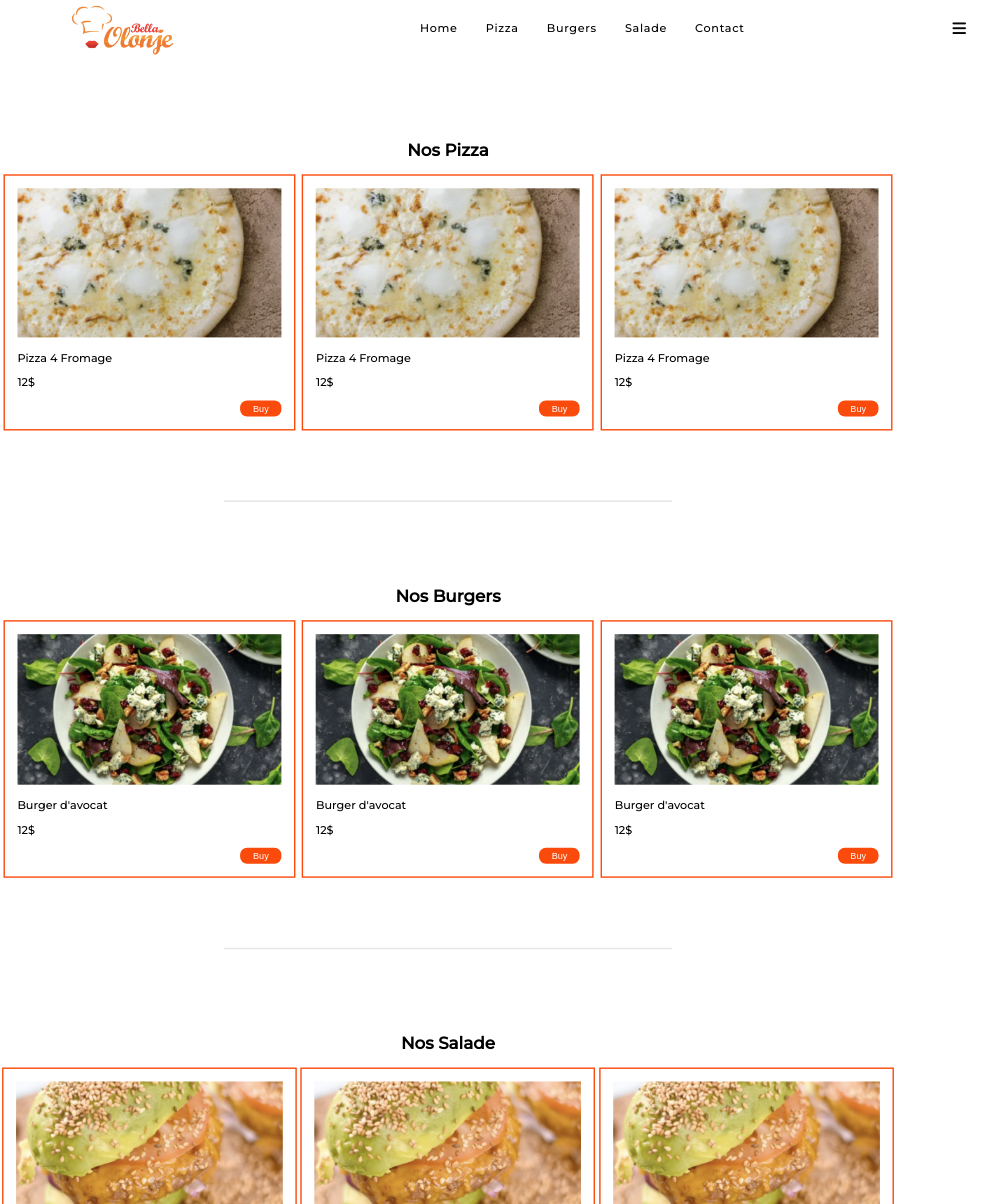
Repository: Ahlam-belhadj/bella-olange
Page: index.html
The author's editor kept a copy of each file at every save. The page is drawn from the files as they stood at one save, then again after the next save.
The browser window is 1280 px wide. The page is 1430 px wide, so the pictures cover 1430 px, including what lies to the right of the window. The pictures show the part of the page from y = 0 to 1720 px (the page is 2870 px tall), at 70% of full size.

Above is the page before, as saved 2023-02-12 00:26:05.

After the next save:
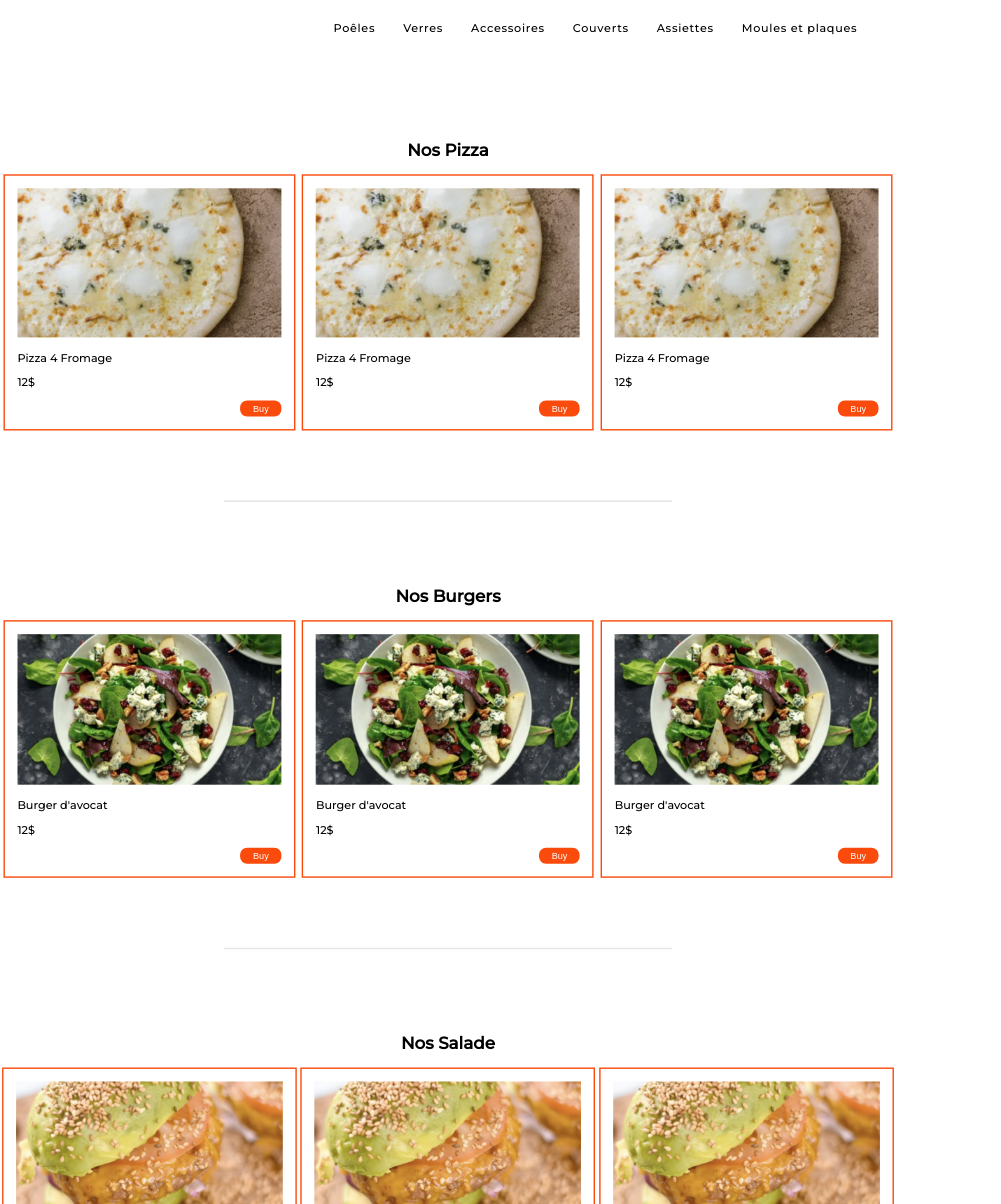
Saved 38 s later.
--- a/index.html
+++ b/index.html
@@ -5,29 +5,38 @@
     <meta charset="UTF-8">
     <meta http-equiv="X-UA-Compatible" content="IE=edge">
     <meta name="viewport" content="width=device-width, initial-scale=1.0">
-    <script src="https://code.iconify.design/iconify-icon/1.0.3/iconify-icon.min.js"></script>
-    <link rel="stylesheet" href="https://cdnjs.cloudflare.com/ajax/libs/font-awesome/6.2.1/css/all.min.css" />
     <link rel="stylesheet" href="style.css">
     <title>Bella olanje</title>
 </head>
 
 <body>
+    <header>
         <nav>
-            <div class="logo"><img  class="logo" src="image/logo_bella_olonje.png" alt="logo"></div>
+            <div class="logo"><a href="#">Luxury kitchen</a></div>
+
             <ul>
-                <li><a href="#" class="nav-link">Home</a></li>
-                <li><a href="#" class="nav-link">Pizza</a></li>
-                <li><a href="#" class="nav-link">Burgers</a></li>
-                <li><a href="#" class="nav-link">Salade</a></li>
-                <li><a href="#" class="nav-link">Contact</a></li>
-
+                <li><a href="#" class="nav-link">Poêles</a></li>
+                <li><a href="#" class="nav-link">Verres</a></li>
+                <li><a href="#" class="nav-link">Accessoires</a></li>
+                <li><a href="#" class="nav-link">Couverts</a></li>
+                <li><a href="#" class="nav-link">Assiettes</a></li>
+                <li><a href="#" class="nav-link">Moules et plaques</a></li>
             </ul>
             <div class="icon_navbar">
+                <div class="icon">
+                    <div class="icon_panier">
+                        <a href="#"><iconify-icon icon="ph:bag-simple" style="color: white;" width="25"></iconify-icon></a>
+                    </div>
+                    <div class="icon_account">
+                        <a href="#"><iconify-icon icon="ic:sharp-account-circle" style="color: white;" width="25"></iconify-icon></a>
+                    </div>
+                </div>
                 <label for="click" class="menu-btn">
                   <i class="fas fa-bars"></i>
                 </label>
             </div>
           </nav>
+    </header>
     <main>
         <h2 id="pizza" >Nos Pizza</h2>
         <div class="container-card">
